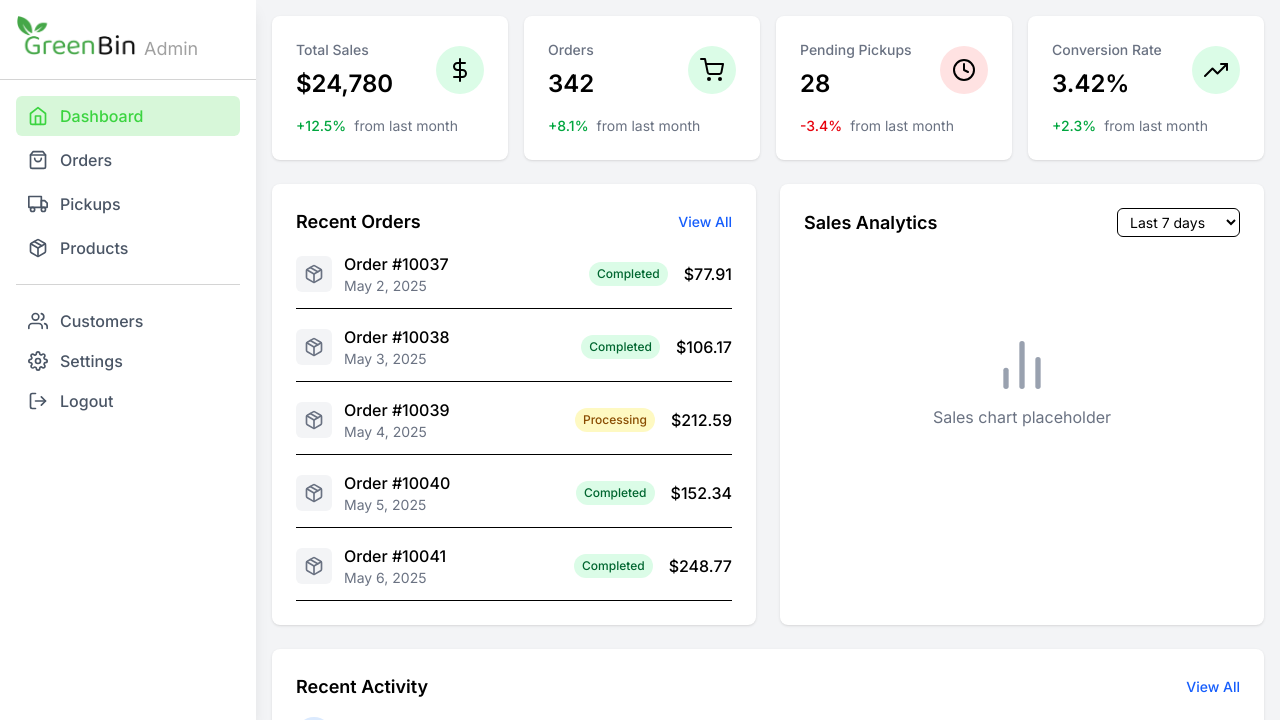
Repository: Siddhu123456/Plastic-Waste-Management
Page: /dashboard (app in frontend/)
The author's editor kept a copy of each file at every save. The page is drawn from the files as they stood at one save, then again after the next save.
The browser window is 1280 px wide. The pictures show the whole page.
An inner scrolling area shows only its first screen. The project was rebuilt for these pictures with package versions that can differ from the ones it lists, and the page was loaded fresh each time. Also part of the build but not shown: frontend/vite.config.js, frontend/src/components/ProductCard.jsx, frontend/src/components/TrendingProductsCarousel.jsx, frontend/src/pages/Home.jsx, frontend/src/components/FilterBar.jsx, frontend/src/components/Loader.jsx, frontend/src/pages/customer/Shop.jsx, frontend/src/pages/customer/Recycle.jsx and 22 more. Imported but missing from the stored project, and not drawn on this page: frontend/src/pages/Help, frontend/src/pages/customer/WishList.

Above is the page before, as saved 2025-05-06 20:07:19.

### frontend/src/index.css
@import url('https://fonts.googleapis.com/css2?family=Fugaz+One&family=Montserrat:ital@0;1&display=swap');
@import url('https://fonts.googleapis.com/css2?family=Inter:ital,opsz,wght@0,14..32,100..900;1,14..32,100..900&display=swap');
@import "tailwindcss";


@custom-variant dark (&:where(.dark, .dark *));


@theme{
  --color-ow : #f5f5f5;
  --color-dbg : #000803;
  --color-dsc : #1e221f;
  --color-dtc : #313532;
  --color-lgg : #3bd440;
  --color-tc : #1e1e1e;
  --color-lgd : #2aa12e;
  --color-bl: #1D2A35;
  --color-lg-trans : rgba(69, 167, 72, 0.3);
}

@layer components {
  .pri-btn {
    @apply text-white cursor-pointer text-center rounded-lg bg-lgg hover:bg-lgd transition duration-300
  }
  .white-btn {
    @apply text-lgg cursor-pointer text-center rounded-2xl bg-ow transition duration-300
  }
  .trans-btn{
    @apply border text-center rounded-2xl cursor-pointer border-lgg text-lgg hover:bg-lgg hover:text-white transition
  }

  .white-trans-btn{
    @apply border text-center rounded-2xl cursor-pointer border-white text-white transition duration-300
  }
}

@layer utilities{
  .no-scrollbar::-webkit-scrollbar {
    display: none;
}
.no-scrollbar {
    -ms-overflow-style: none;
    scrollbar-width: none;
}
}

:root{
  font-family: "Inter", sans-serif;
  background-color: #f5f5f5;
  box-sizing: border-box;
  overflow-x: hidden;
}


input[type='range'] {
  pointer-events: all;
  height: 0;
}

input[type='range']::-webkit-slider-thumb {
  appearance: none;
  height: 16px;
  width: 16px;
  background: #22c55e;
  border-radius: 9999px;
  cursor: pointer;
  border: none;
}

input[type='range']::-moz-range-thumb {
  height: 16px;
  width: 16px;
  background: #22c55e;
  border-radius: 9999px;
  cursor: pointer;
  border: none;
}

### frontend/src/App.jsx
import { CartProvider } from './components/CartContext.jsx';
import AppRoutes from './routes/AppRoutes.jsx'


const App = () => (
    <CartProvider>
        <AppRoutes />
    </CartProvider>
)

export default App;

### frontend/src/components/CartContext.jsx
import { createContext, useContext, useState } from "react";

const CartContext = createContext();

export const CartProvider = ({ children }) => {
  const [cartCount, setCartCount] = useState(0);

  return (
    <CartContext.Provider value={{ cartCount, setCartCount }}>
      {children}
    </CartContext.Provider>
  );
};

export const useCart = () => useContext(CartContext);

### frontend/src/routes/AppRoutes.jsx
import { BrowserRouter as Router, Routes, Route } from 'react-router-dom'

import Home from '../pages/Home'
import Help from '../pages/Help'
import Shop from '../pages/customer/Shop'
import Recycle from '../pages/customer/Recycle'
import Cart from '../pages/customer/Cart'
import WishList from '../pages/customer/WishList'
import ProductOverview from '../pages/customer/ProductOverview'
import ScrollToTop from './ScrollToTop'
import Layout from '../components/Layout'
import Wallet from '../pages/customer/Wallet'
import OrderHistory from '../pages/customer/OrderHistory'
import OrderSummary from '../pages/customer/OrderSummary'
import PickupHistory from '../pages/customer/PickupHistory'
import CustomerProfile from '../pages/customer/CustomerProfile'
import ProductForm from '../pages/admin/ProductForm'
import Dashboard from '../pages/admin/Dashboard'
import Orders from '../pages/admin/Orders'
import AdminLayout from '../pages/admin/AdminLayout'

const AppRoutes = () => {
  return (
    <Router>
      <ScrollToTop />
      <Routes>
        {/* Routes using main Layout */}
        <Route element={<Layout />}>
          <Route path='/' element={<Home />} />
          <Route path='/recycle' element={<Recycle />} />
          <Route path='/shop' element={<Shop />} />
          <Route path='/help' element={<Help />} />
          <Route path='/cart' element={<Cart />} />
          <Route path='/favorites' element={<WishList />} />
          <Route path='/wallet' element={<Wallet />} />
          <Route path='/product/:id' element={<ProductOverview />} />
          <Route path='/orders' element={<OrderHistory />} />
          <Route path='/orders/:id' element={<OrderSummary />} />
          <Route path='/pickups' element={<PickupHistory />} />
          <Route path='/cprofile' element={<CustomerProfile />} />
          <Route path='/pform' element={<ProductForm />} />
        </Route>

        <Route element={<AdminLayout />}>
          <Route path='/dashboard' element={<Dashboard />} />
          <Route path='/allorders' element={<Orders />} />
        </Route>

      </Routes>
    </Router>
  )
}

export default AppRoutes

### frontend/src/routes/ScrollToTop.jsx
import { useEffect } from "react";
import { useLocation } from "react-router-dom";

const ScrollToTop = () => {
    const {pathname} = useLocation()
    useEffect(() => {
        window.scrollTo(0,0)
    },[pathname])

    return null
}

export default ScrollToTop;

### frontend/src/pages/admin/Dashboard.jsx
import {
    FiDollarSign,
    FiShoppingCart,
    FiClock,
    FiTrendingUp,
    FiBarChart2,
    FiPackage,
    FiShoppingBag,
    FiCheckCircle,
    FiTruck,
    FiXCircle
  } from 'react-icons/fi';

  import StatCard from '../../components/StatCard';
  import ActivityItem from '../../components/ActivityItem';

  const Dashboard = () => {
    return (
      <div className="space-y-6">
        {/* Stats Cards */}
        <div className="grid grid-cols-1 sm:grid-cols-2 lg:grid-cols-4 gap-4">
          <StatCard
            title="Total Sales"
            value="$24,780"
            change="+12.5%"
            icon={<FiDollarSign className="h-6 w-6" />}
            positive
          />
          <StatCard
            title="Orders"
            value="342"
            change="+8.1%"
            icon={<FiShoppingCart className="h-6 w-6" />}
            positive
          />
          <StatCard
            title="Pending Pickups"
            value="28"
            change="-3.4%"
            icon={<FiClock className="h-6 w-6" />}
            positive={false}
          />
          <StatCard
            title="Conversion Rate"
            value="3.42%"
            change="+2.3%"
            icon={<FiTrendingUp className="h-6 w-6" />}
            positive
          />
        </div>

        {/* Recent Orders and Sales Chart */}
        <div className="grid grid-cols-1 lg:grid-cols-2 gap-6">
          <div className="bg-white rounded-lg shadow p-6">
            <div className="flex justify-between items-center mb-4">
              <h3 className="text-lg font-semibold">Recent Orders</h3>
              <button className="text-blue-600 text-sm font-medium">View All</button>
            </div>
            <div className="space-y-4">
              {/* Order Items */}
              {[1, 2, 3, 4, 5].map((order) => (
                <div key={order} className="flex justify-between items-center border-b pb-3">
                  <div className="flex items-center">
                    <div className="rounded-md bg-gray-100 p-2">
                      <FiPackage className="h-5 w-5 text-gray-500" />
                    </div>
                    <div className="ml-3">
                      <p className="font-medium">Order #{10036 + order}</p>
                      <p className="text-sm text-gray-500">May {order + 1}, 2025</p>
                    </div>
                  </div>
                  <div className="flex items-center">
                    <span className={`px-2 py-1 rounded-full text-xs font-medium ${
                      order % 3 === 0 ? 'bg-yellow-100 text-yellow-800' : 'bg-green-100 text-green-800'
                    }`}>
                      {order % 3 === 0 ? 'Processing' : 'Completed'}
                    </span>
                    <span className="ml-4 font-medium">${(Math.random() * 200 + 50).toFixed(2)}</span>
                  </div>
                </div>
              ))}
            </div>
          </div>

          <div className="bg-white rounded-lg shadow p-6">
            <div className="flex justify-between items-center mb-4">
              <h3 className="text-lg font-semibold">Sales Analytics</h3>
              <select className="text-sm border rounded-md px-2 py-1">
                <option>Last 7 days</option>
                <option>Last 30 days</option>
                <option>Last 90 days</option>
              </select>
            </div>
            <div className="h-64 flex items-center justify-center">
              <div className="text-center">
                <FiBarChart2 className="h-16 w-16 mx-auto text-gray-400" />
                <p className="mt-2 text-gray-500">Sales chart placeholder</p>
              </div>
            </div>
          </div>
        </div>

        {/* Recent Activity */}
        <div className="bg-white rounded-lg shadow p-6">
          <div className="flex justify-between items-center mb-4">
            <h3 className="text-lg font-semibold">Recent Activity</h3>
            <button className="text-blue-600 text-sm font-medium">View All</button>
          </div>
          <div className="space-y-4">
            <ActivityItem
              icon={<FiShoppingBag className="h-5 w-5" />}
              title="New order received"
              description="Order #10041 from John Doe"
              time="5 minutes ago"
            />
            <ActivityItem
              icon={<FiCheckCircle className="h-5 w-5" />}
              title="Order completed"
              description="Order #10038 has been delivered"
              time="2 hours ago"
            />
            <ActivityItem
              icon={<FiTruck className="h-5 w-5" />}
              title="Pickup scheduled"
              description="Order #10039 ready for pickup at 5:00 PM"
              time="3 hours ago"
            />
            <ActivityItem
              icon={<FiXCircle className="h-5 w-5" />}
              title="Order cancelled"
              description="Order #10036 has been cancelled"
              time="5 hours ago"
            />
          </div>
        </div>
      </div>
    );
  };

  export default Dashboard;

### frontend/src/pages/admin/AdminLayout.jsx
import React, { useState } from "react";
import { FiMenu } from "react-icons/fi";
import Sidebar from "../../components/Sidebar";
import { Outlet } from "react-router-dom";
import LogoGBB from '../../assets/images/logoGBB.png'


const AdminLayout = () => {
  const [sidebarOpen, setSidebarOpen] = useState(false);
  const [activePage, setActivePage] = useState('dashboard');

  const toggleSidebar = () => {
    setSidebarOpen(!sidebarOpen);
  };

  return (
    <div className="flex h-screen bg-gray-100 dark:bg-dsc">
      {/* Sidebar */}
      <Sidebar
        activePage={activePage}
        setActivePage={setActivePage}
        sidebarOpen={sidebarOpen}
        toggleSidebar={toggleSidebar}
      />

      {/* Main Content */}
      <div className="flex flex-col flex-1 xl:ml-64">
        {/* Top bar with menu toggle */}
        <header className="bg-white shadow-sm z-10 xl:hidden">
          <div className="px-4 py-1 flex items-center gap-4">
            <button
              onClick={toggleSidebar}
              className="mr-2 text-gray-600 focus:outline-none"
            >
              <FiMenu className="h-6 w-6" />
            </button>
            <div className=" flex items-baseline gap-2">
              <img className="w-30" src={LogoGBB} alt="GreenBin" />
              <p className="text-lg text-neutral-400">Admin</p>
            </div>
          </div>
        </header>

        {/* Page content */}
        <main className="flex-1 p-4 overflow-auto">
          <Outlet />
        </main>
      </div>

      {/* Overlay to close sidebar on mobile */}
      {sidebarOpen && (
        <div
          className="fixed inset-0 bg-black/50 z-40 xl:hidden"
          onClick={toggleSidebar}
        />
      )}
    </div>
  );
};

export default AdminLayout;

### frontend/src/components/StatCard.jsx
const StatCard = ({ title, value, change, icon, positive }) => {
    return (
      <div className="bg-white rounded-lg shadow p-6">
        <div className="flex items-center justify-between">
          <div>
            <p className="text-sm font-medium text-gray-500">{title}</p>
            <p className="text-2xl font-semibold mt-2">{value}</p>
          </div>
          <div className={`p-3 rounded-full ${positive ? 'bg-green-100' : 'bg-red-100'}`}>
            {icon}
          </div>
        </div>
        <div className="mt-4 flex items-center">
          <span className={`text-sm font-medium ${positive ? 'text-green-600' : 'text-red-600'}`}>
            {change}
          </span>
          <span className="text-sm text-gray-500 ml-2">from last month</span>
        </div>
      </div>
    );
  };

  export default StatCard;

### frontend/src/components/ActivityItem.jsx
const ActivityItem = ({ icon, title, description, time }) => {
    return (
      <div className="flex">
        <div className="mr-4">
          <div className="p-2 rounded-full bg-blue-100 text-blue-600">
            {icon}
          </div>
        </div>
        <div>
          <div className="font-medium">{title}</div>
          <div className="text-sm text-gray-500">{description}</div>
          <div className="text-xs text-gray-400 mt-1">{time}</div>
        </div>
      </div>
    );
  };

  export default ActivityItem;

### frontend/src/components/Sidebar.jsx
import {
  FiHome,
  FiShoppingBag,
  FiTruck,
  FiPackage,
  FiUsers,
  FiSettings,
  FiLogOut,
  FiX
} from 'react-icons/fi';
import LogoGBB from '../assets/images/logoGBB.png'
import SidebarItem from './SidebarItem';

const Sidebar = ({ activePage, setActivePage, sidebarOpen, toggleSidebar }) => {
  return (
    <div className={`fixed inset-y-0 left-0 top-0 z-50 w-64 bg-white shadow-lg transform transition-transform duration-200 xl:translate-x-0 ${sidebarOpen ? 'translate-x-0' : '-translate-x-full'}`}>
      <div className="flex items-center justify-between p-4 border-b border-neutral-300">
        <div className=" flex items-baseline gap-2">
          <img className="w-30" src={LogoGBB} alt="GreenBin" />
          <p className="text-lg text-neutral-400">Admin</p>
        </div>
        <button onClick={toggleSidebar} className="p-2 rounded-md xl:hidden">
          <FiX className="h-6 w-6" />
        </button>
      </div>
      <div className="p-4">
        <nav className="space-y-1">
          <SidebarItem
            icon={<FiHome className="h-5 w-5" />}
            title="Dashboard"
            active={activePage === 'dashboard'}
            onClick={() => setActivePage('dashboard')}
          />
          <SidebarItem
            icon={<FiShoppingBag className="h-5 w-5" />}
            title="Orders"
            active={activePage === 'orders'}
            onClick={() => setActivePage('orders')}
          />
          <SidebarItem
            icon={<FiTruck className="h-5 w-5" />}
            title="Pickups"
            active={activePage === 'pickups'}
            onClick={() => setActivePage('pickups')}
          />
          <SidebarItem
            icon={<FiPackage className="h-5 w-5" />}
            title="Products"
            active={activePage === 'products'}
            onClick={() => setActivePage('products')}
          />
          <div className="pt-4 mt-4 border-t border-neutral-300">
            <SidebarItem
              icon={<FiUsers className="h-5 w-5" />}
              title="Customers"
              active={activePage === 'customers'}
              onClick={() => setActivePage('customers')}
            />
            <SidebarItem
              icon={<FiSettings className="h-5 w-5" />}
              title="Settings"
              active={activePage === 'settings'}
              onClick={() => setActivePage('settings')}
            />
            <SidebarItem
              icon={<FiLogOut className="h-5 w-5" />}
              title="Logout"
              active={false}
            />
          </div>
        </nav>
      </div>
    </div>
  );
};

export default Sidebar;

### frontend/src/components/SidebarItem.jsx
const SidebarItem = ({ icon, title, active, onClick }) => {
    return (
      <button
        onClick={onClick}
        className={`flex items-center w-full px-3 py-2 rounded-md transition-colors ${
          active ? 'bg-lgg/20 text-lgg' : 'text-gray-600 hover:bg-gray-100'
        }`}
      >
        <span className="mr-3">{icon}</span>
        <span className="font-medium">{title}</span>
      </button>
    );
  };

  export default SidebarItem;

Loaded but not shown: frontend/index.html (common file); frontend/src/main.jsx (common file)

After the next save:
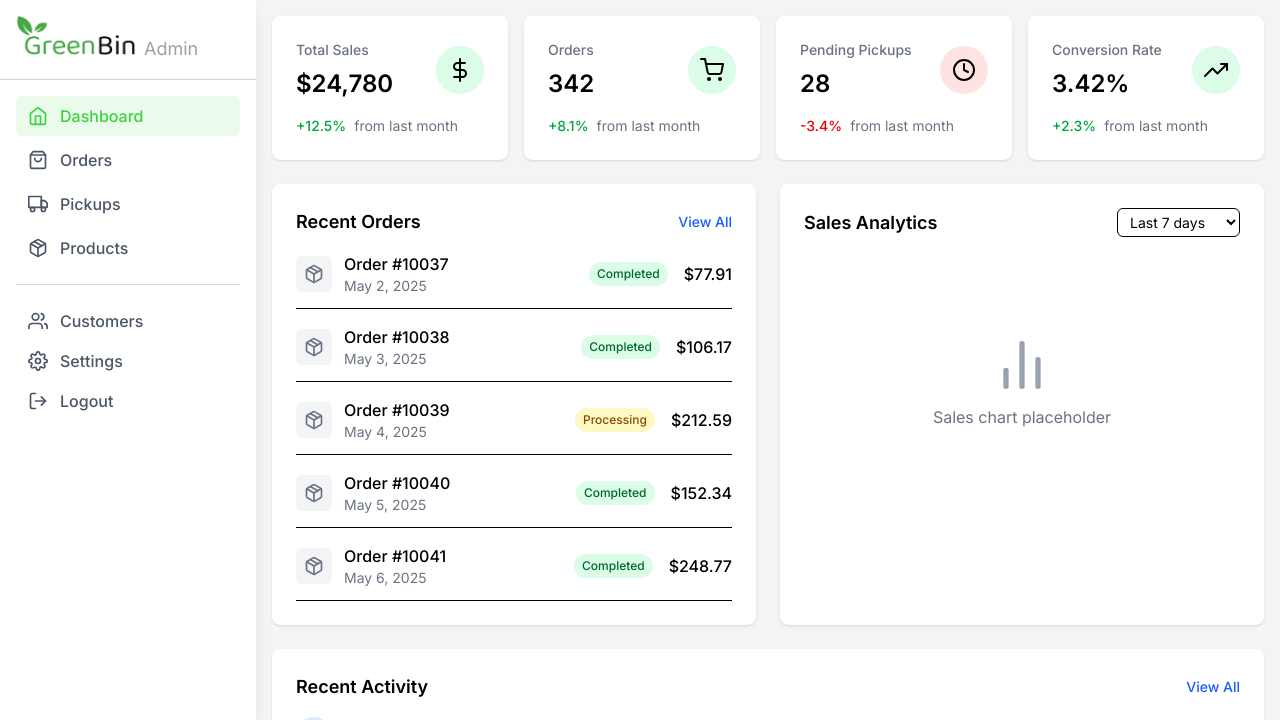
Saved 8 s later.
--- a/frontend/src/components/SidebarItem.jsx
+++ b/frontend/src/components/SidebarItem.jsx
@@ -3,7 +3,7 @@
       <button
         onClick={onClick}
         className={`flex items-center w-full px-3 py-2 rounded-md transition-colors ${
-          active ? 'bg-lgg/20 text-lgg' : 'text-gray-600 hover:bg-gray-100'
+          active ? 'bg-lgg/10 text-lgg' : 'text-gray-600 hover:bg-gray-100'
         }`}
       >
         <span className="mr-3">{icon}</span>

After the save that followed:
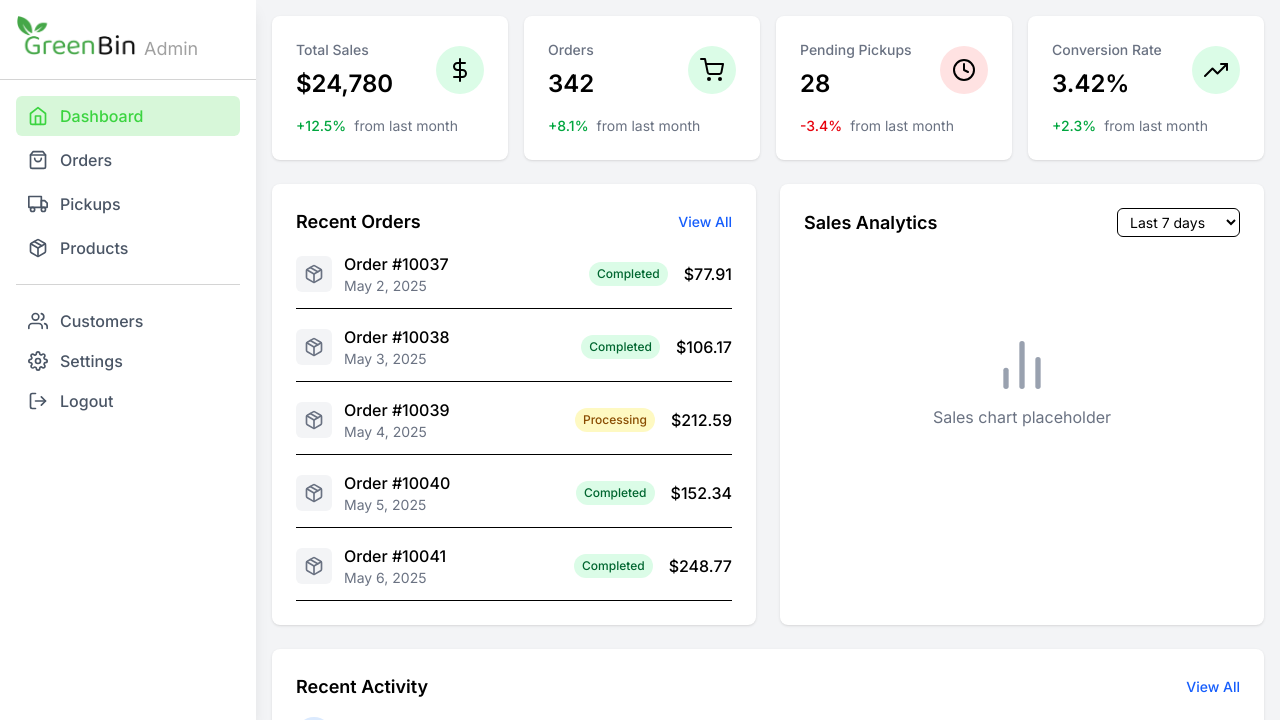
Saved 6 s later.
--- a/frontend/src/components/SidebarItem.jsx
+++ b/frontend/src/components/SidebarItem.jsx
@@ -3,7 +3,7 @@
       <button
         onClick={onClick}
         className={`flex items-center w-full px-3 py-2 rounded-md transition-colors ${
-          active ? 'bg-lgg/10 text-lgg' : 'text-gray-600 hover:bg-gray-100'
+          active ? 'bg-lgg/20 text-lgg' : 'text-gray-600 hover:bg-gray-100'
         }`}
       >
         <span className="mr-3">{icon}</span>
